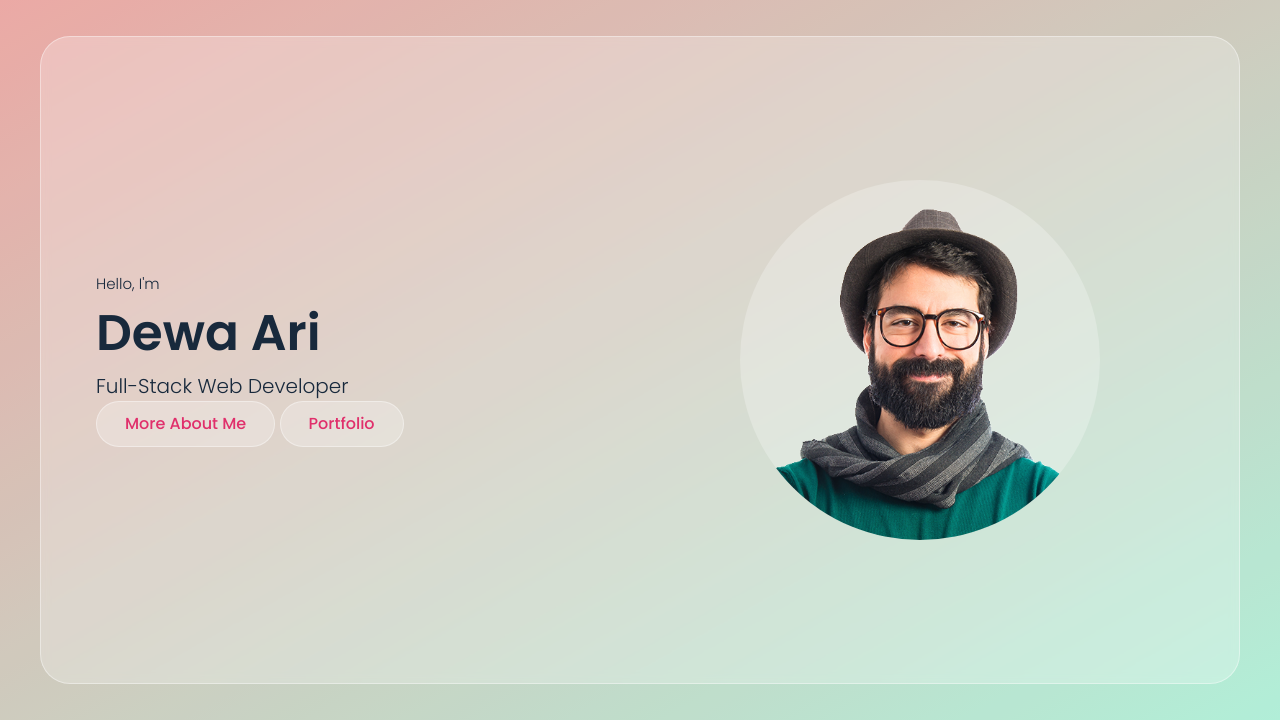
Repository: dewaary/Glassmorp-me
Page: index.html
The author's editor kept a copy of each file at every save. The page is drawn from the files as they stood at one save, then again after the next save.
The browser window is 1280 px wide. The pictures show the whole page.

Above is the page before, as saved 2021-05-12 22:37:16.

### index.html
<!DOCTYPE html>
<html lang="en">
<head>
    <meta charset="UTF-8">
    <meta http-equiv="X-UA-Compatible" content="IE=edge">
    <meta name="viewport" content="width=device-width, initial-scale=1.0">
    <link rel="stylesheet" href="style.css">
    <title>Document</title>
</head>
<body>


    <div class="main">

        <section class="home-section align-items-center">
            <div class="container">
                <div class="row align-items-center">
                    <div class="home-text">
                        <p>Hello, I'm</p>
                        <h1>Dewa Ari</h1>
                        <h2>Full-Stack Web Developer</h2>
                        <a href="#" class="btn">more about me</a>
                        <a href="#" class="btn">portfolio</a>
                    </div>
                    <div class="home-img">
                        <div class="img-box">
                            <img src="img/profile-img.png" alt="profile-img">
                        </div>
                    </div>
                </div>
            </div>
        </section>

    </div>

</body>
</html>

### style.css

/* Fonts */
@import url('https://fonts.googleapis.com/css2?family=Poppins:wght@300;400;500;600;700&display=swap');





/* Variables */

:root{
    --main-color: #e02f6b;
    --blue: #0000ff;
    --blue-dark: #18293c;
    --orange: #ffa500;
    --green-yellow: #cddc39;
    --pink-light: #efa2b4;
    --cyan-light: #aef1ee;
    --white: #ffffff;
    --white-alpha-40: rgba(255, 255, 255, 0.40);
    --white-alpha-25: rgba(255, 255, 255, 0.25);
    --backdrop-filter-blur: blur(5px);

}

*{
    box-sizing: border-box;
    padding: 0;
    margin: 0;
    outline: none;
}

::before,
::after{
    box-sizing: border-box;
}

body {
    min-height: 100vh;
    background-image: linear-gradient(to bottom right, var(--pink-light), var(--cyan-light));
    font-size: 16px;
    font-family: 'Poppins', sans-serif;
    font-weight: 300;
    color: var(--blue-dark);
    line-height: 1.5;
    overflow-x: hidden;
    -webkit-tap-highlight-color: transparent;
    padding: 5vh 15px;
}

body::before{
    content: '';
    position: fixed;
    left: 0;
    top: 0;
    height: 100%;
    width: 100%;
    background-color: var(--green-yellow);
    z-index: -1;
    opacity: 0.12;
}

a{
    text-decoration: none;
}

h1, h2{
    font-weight: 600;
}

h3, h4, h5, h6{
    font-weight: 500;
}

img{
   max-width: 100%;
   vertical-align: middle;
}

section {
    background-color: var(--white-alpha-25);
    border: 1px solid var(--white-alpha-40);
    min-height: 90vh;
    border-radius: 30px;
    backdrop-filter: var(--backdrop-filter-blur);
}

.main{
    max-width: 1200px;
    margin: auto;
}

.row{
    display: flex;
    flex-wrap: wrap;
}

.container {
    padding: 0 40px;
    width: 100%;
}

.align-items-center{
    align-items: center;
}

/*
Buttons */

.btn{
    line-height: 1.5;
    background-color: var(--white-alpha-25);
    border: 1px solid var(--white-alpha-40);
    padding: 10px 28px;
    display: inline-block;
    border-radius: 30px;
    color: var(--main-color);
    font-weight: 500;
    text-transform: capitalize;
    font-family: inherit;
    font-size: 16px;
    cursor: pointer;
    user-select: none;
    position: relative;
    overflow: hidden;
    vertical-align: middle;
    transition: width 0.3s ease;
}

.btn::before{
    content: '';
    position: absolute;
    left: 0;
    top: 0;
    height: 100%;
    width: 0%;
    background-color: var(--main-color);
    z-index: -1;
    transition: width 0.3s ease;
}

.btn:hover::before{
    width: 100%;
}
.btn:hover{
    color: var(--white);
}

/*
Home Section */

.home-section{
    display: flex;
    padding: 120px 0;
}


.home-text, .home-img{
    width: 50%;
    padding: 15px;
}

.home-text p{
    font-size: 15px;
}

.home-text h2{
    font-size: 20px;
    text-transform: capitalize;
    font-weight: 300;
}

.home-text h1{
    font-size: 50px;
    text-transform: capitalize;
}

.home-img .img-box{
    max-width: 360px;
    background-color: var(--white-alpha-25);
    border-radius: 50%;
    background-color: var(--white-alpha-25);
    margin: auto;
}

.home-img .img-box img{
    width: 100%;
    border-radius: 50%;
}

After the next save:
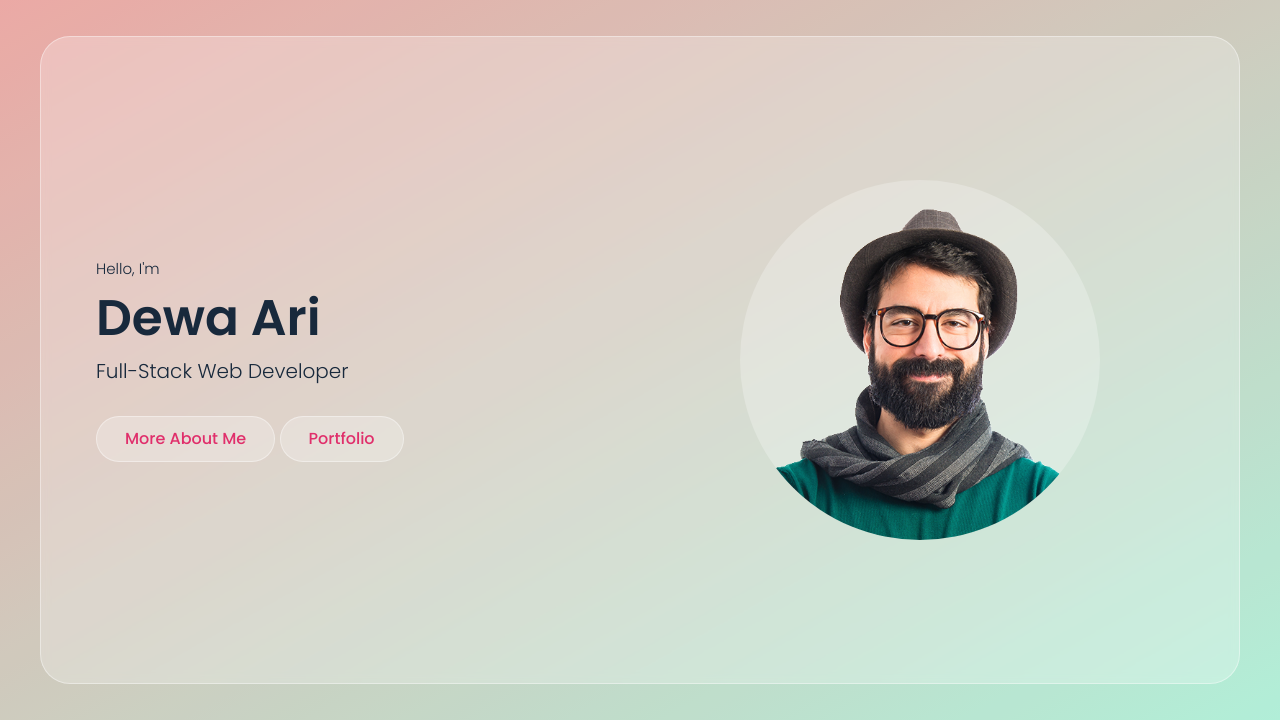
Saved 57 s later.
--- a/style.css
+++ b/style.css
@@ -168,6 +168,7 @@ Home Section */
     font-size: 20px;
     text-transform: capitalize;
     font-weight: 300;
+    margin: 0 0 30px;
 }
 
 .home-text h1{
